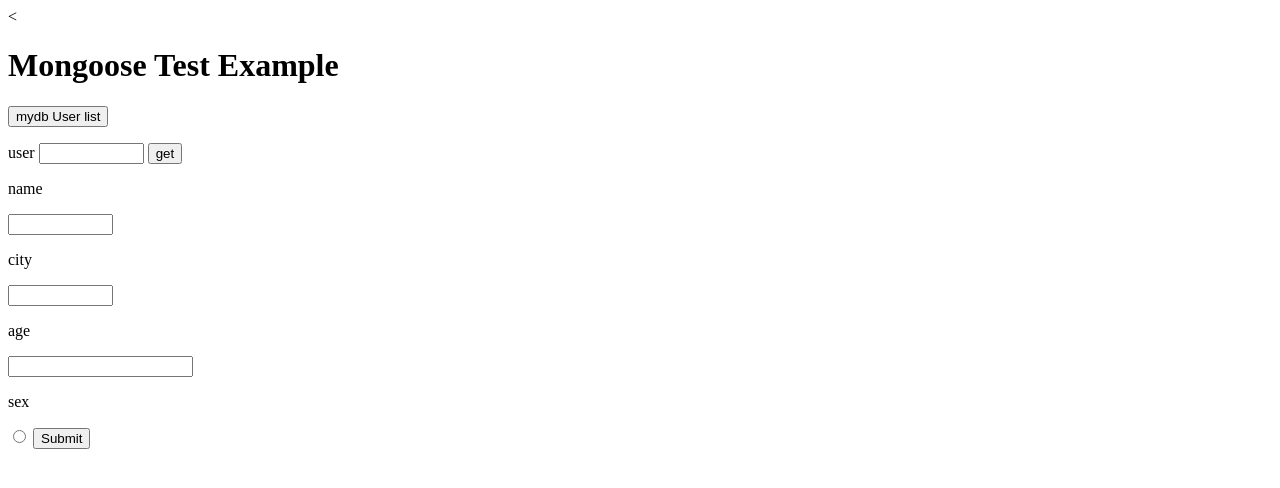
Repository: jaechullee2/anew
Page: node/mongos/views/index.html
The author's editor kept a record of every edit. The page is drawn from the files as they stood at one moment, then again after the next edit.
The browser window is 1280 px wide. The pictures show the whole page.

Above is the page before.

### node/mongos/views/index.html
<!DOCYPE html>
<html>
    <head>
        <<meta charset="utf-8"/>
        <title>Mongoose Module</title>
    </head>
    <body>
        <h1>Mongoose Test Example</h1>
        <form method='post' action=/insert name="mongoform">
            <input type="button" value= "mydb User list" onclick='location.href="/list"'/>
        <p>user <input type="text" size='10' name="userid"/>
        <input type="button" value="get" onclick='location.href="/get?input="+document.mongoform.userid.value'/>
        <p>name</p><input type="text" size='10' name="name"/>
        <p>city</p><input type="text" size='10' name="name"/>
        <p>age</p><input type="text"  name="sex"/>
        <p>sex</p><input type="radio"  name="sex"/>
        <input type="submit" value="Submit"/>
        </form>
    </body>
</html>

After the next edit:
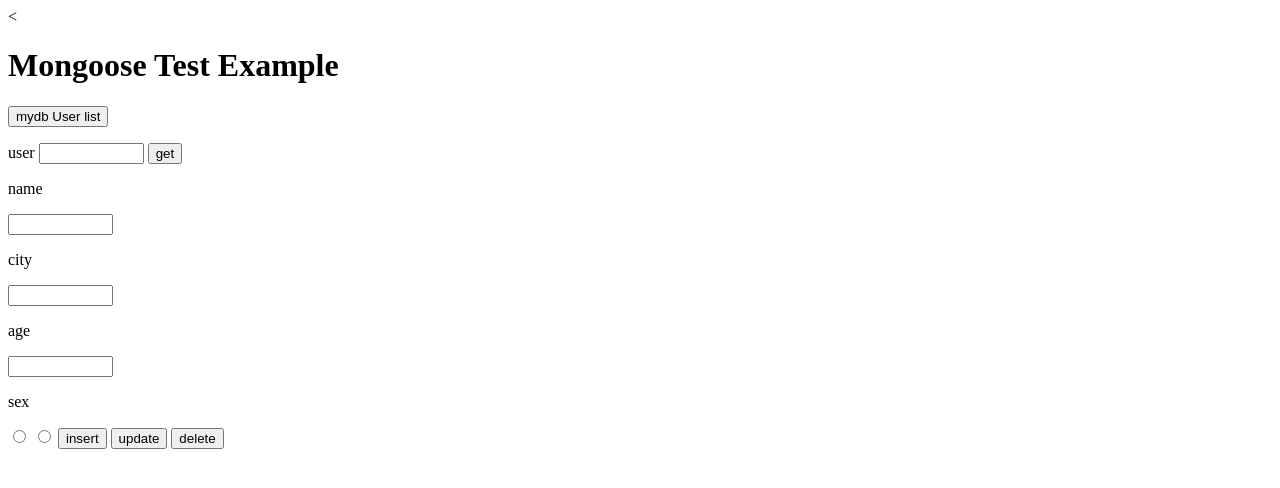
The edit:
--- a/node/mongos/views/index.html
+++ b/node/mongos/views/index.html
@@ -12,9 +12,13 @@
         <input type="button" value="get" onclick='location.href="/get?input="+document.mongoform.userid.value'/>
         <p>name</p><input type="text" size='10' name="name"/>
         <p>city</p><input type="text" size='10' name="name"/>
-        <p>age</p><input type="text"  name="sex"/>
-        <p>sex</p><input type="radio"  name="sex"/>
-        <input type="submit" value="Submit"/>
+        <p>age</p><input type="text"  size='10' name="name"/>
+        <p>sex</p><input type="radio"  name="sex" value="male"/>
+        <input type="radio"  name="sex" value="female"/>
+
+        <input type="submit" value="insert"/>
+        <input type="submit" value="update"/>
+        <input type="submit" value="delete"/>
         </form>
     </body>
 </html>
